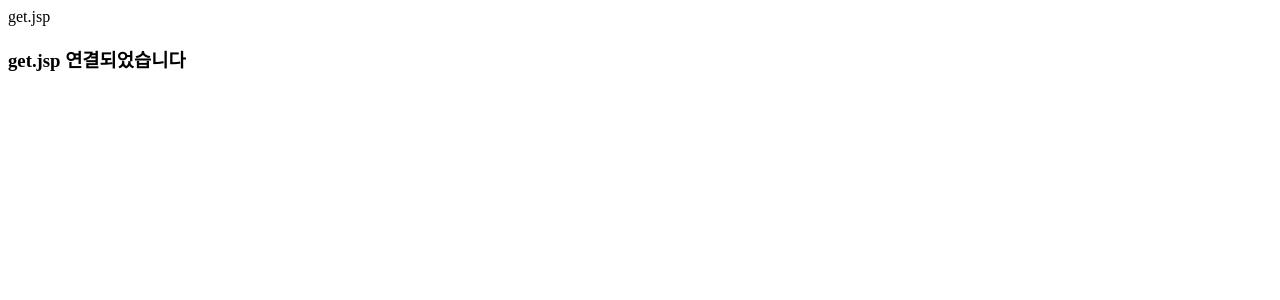
Repository: ryu1917/jsp
Page: http://localhost/jsp02/get.jsp
The author's editor kept a copy of each file at every save. The page is drawn from the files as they stood at one save, then again after the next save.
The browser window is 1280 px wide. The pictures show the whole page.
The page is served by Tomcat 9.

Above is the page before, as saved 2021-04-21 06:50:18.

### workspace/jsp02/src/main/webapp/get.jsp
<%@ page language="java" contentType="text/html; charset=UTF-8"
    pageEncoding="UTF-8"%>
<!DOCTYPE html>
<html>
<head>
<meta charset="UTF-8">
<title>Insert title here</title>
</head>
<body>get.jsp
<h3>get.jsp 연결되었습니다</h3>


</body>
</html>

After the next save:
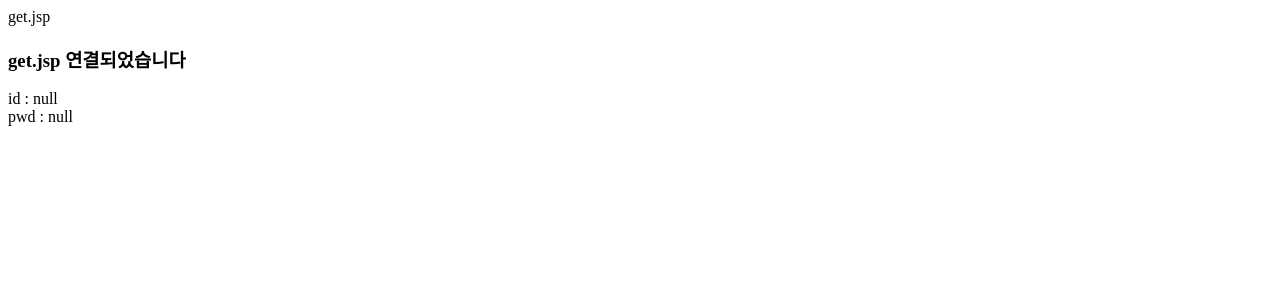
Saved 60 s later.
--- a/workspace/jsp02/src/main/webapp/get.jsp
+++ b/workspace/jsp02/src/main/webapp/get.jsp
@@ -8,7 +8,8 @@
 </head>
 <body>get.jsp
 <h3>get.jsp 연결되었습니다</h3>
-
+	id : <%= request.getParameter("id") %><br>
+	pwd : <%= request.getParameter("pwd") %>
 
 </body>
 </html>
